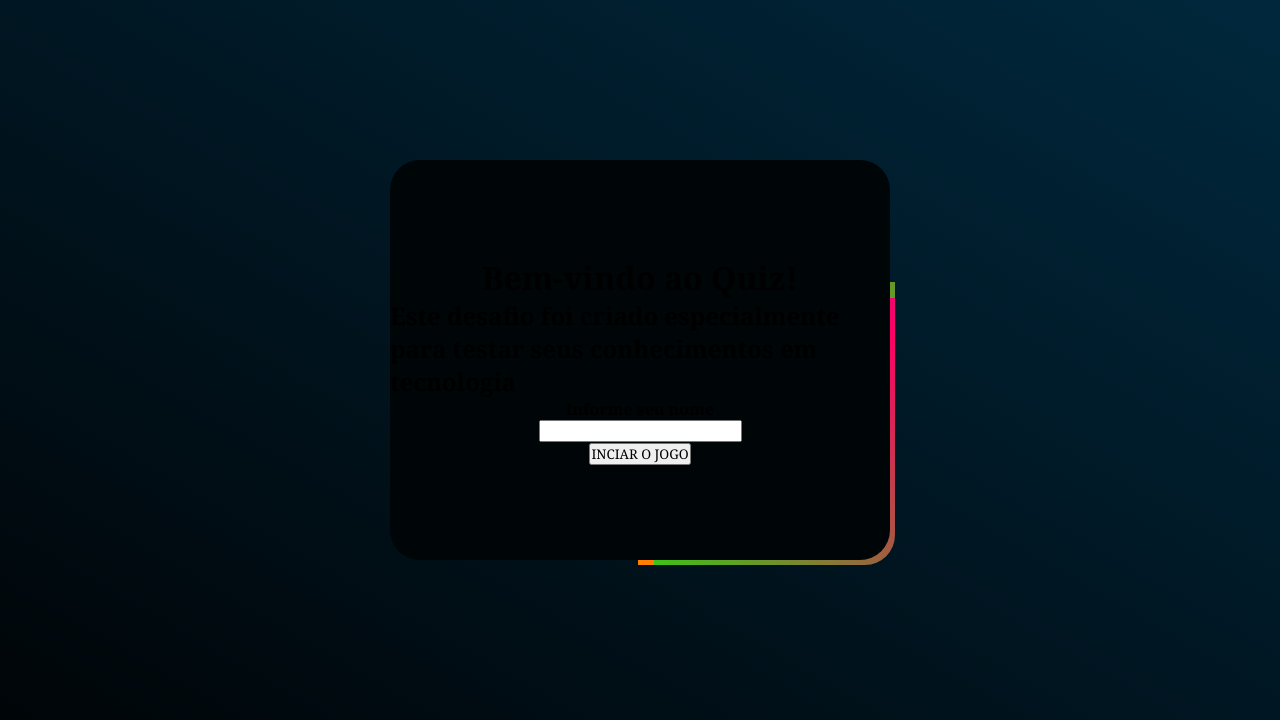
Repository: LaisSilvaO/Projeto-Quizz
Page: telas/apresentação.html
The author's editor kept a copy of each file at every save. The page is drawn from the files as they stood at one save, then again after the next save.
The browser window is 1280 px wide. The pictures show the whole page.

Above is the page before, as saved 2024-12-25 20:04:54.

After the next save:
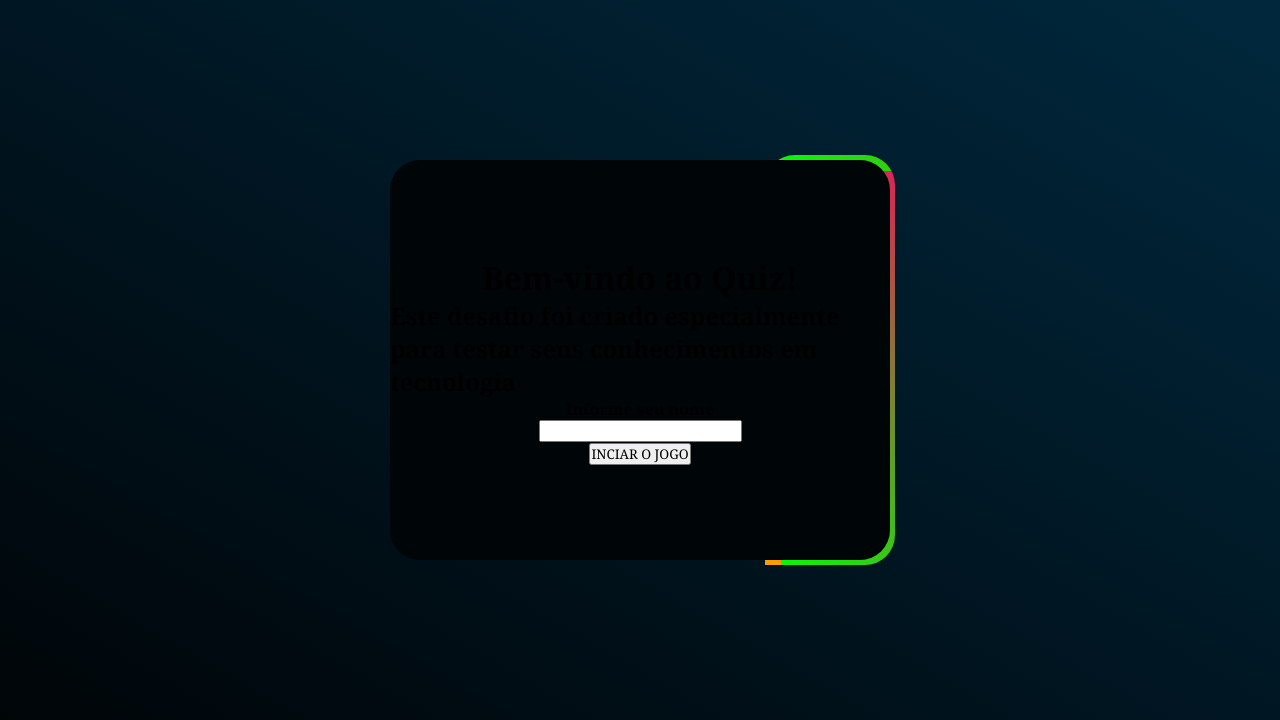
Saved 24 s later.
--- a/img/tela.css
+++ b/img/tela.css
@@ -77,8 +77,8 @@
     left: 380px; /* Canto superior direito */
 }
 50% {
-    top: 380px;
-    left: 0px; /* Canto inferior direito */
+  top: 0;
+  left: 380px; /* Canto inferior direito */
 }
 75% {
     top: 0;

After the 2 saves that followed:
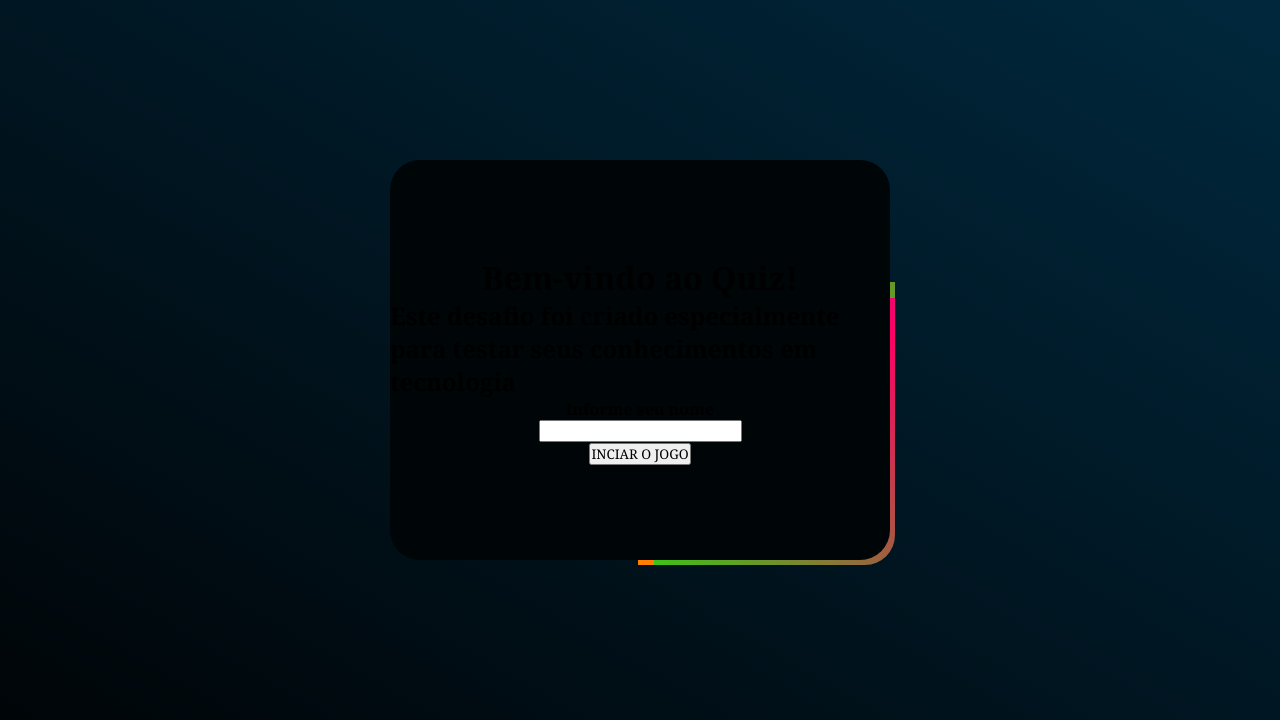
The 2 saves are shown as one change because 1 left the picture as it was.
The last was saved 24 s later.
--- a/img/tela.css
+++ b/img/tela.css
@@ -77,8 +77,8 @@
     left: 380px; /* Canto superior direito */
 }
 50% {
-  top: 0;
-  left: 380px; /* Canto inferior direito */
+    top: 380px;
+    left: 0px; /* Canto inferior direito */
 }
 75% {
     top: 0;
